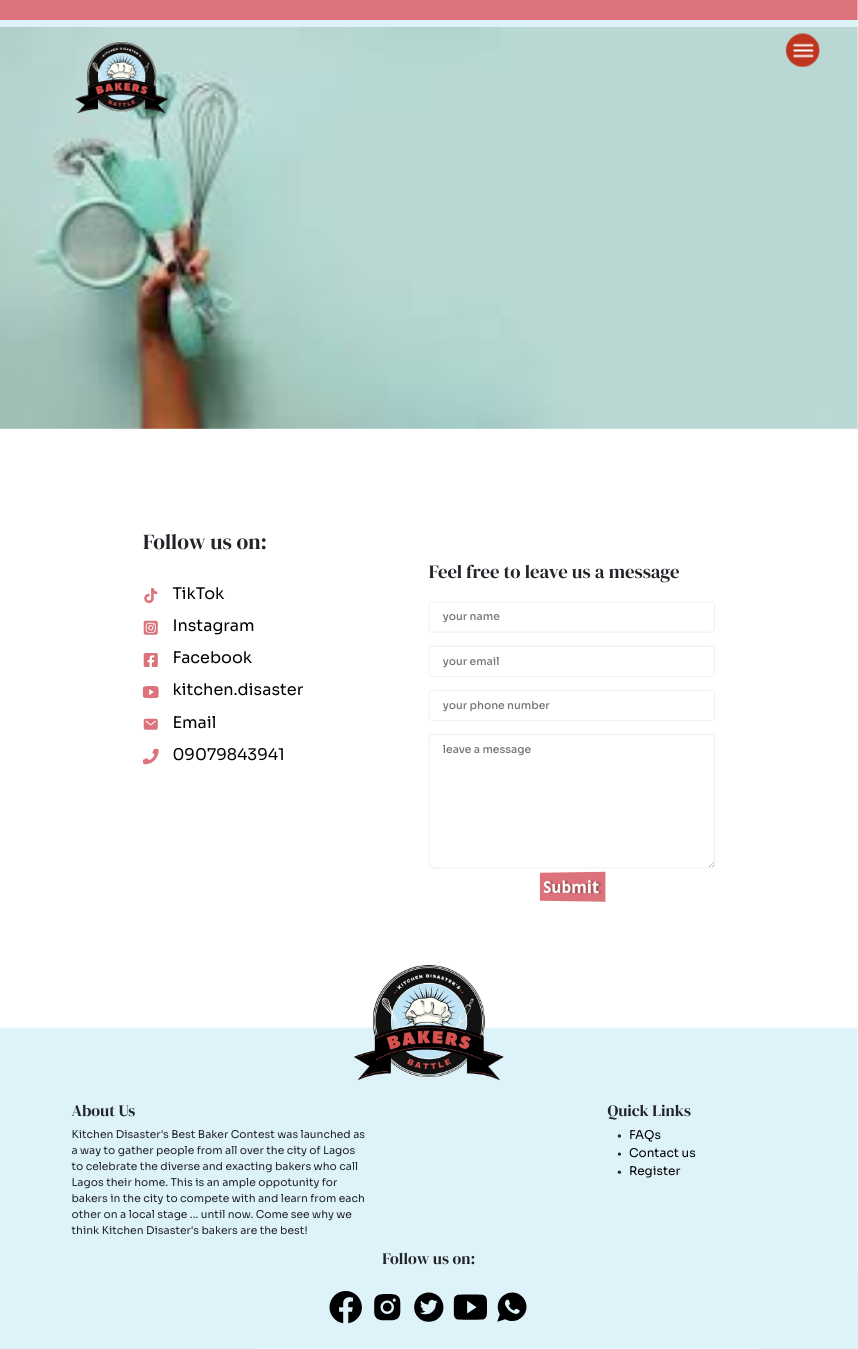
Repository: sarahnnanyelugo/bakers-battle
Page: /contact
These files come from the project's save history. The page is drawn as it stood at one moment and after the next save; the edit follows.
The browser window is 1280 px wide. The pictures show the whole page, at 67% of full size.
The project was rebuilt for these pictures with package versions that can differ from the ones it lists, and the page was loaded fresh each time. Also part of the build but not shown: src/components/ScreenSlide/slide.scss, src/components/ScreenSlide/ScreenSlide.js, src/pages/Home/home.scss, src/pages/Home/Home.js, src/components/Title.js, src/components/FAQAccord/faq-accord.scss, src/components/FAQAccord/FAQAccord.js, src/pages/FAQ/faq.scss and 9 more.

Above is the page before, as saved 2024-07-17 08:34:18.

After the next save:
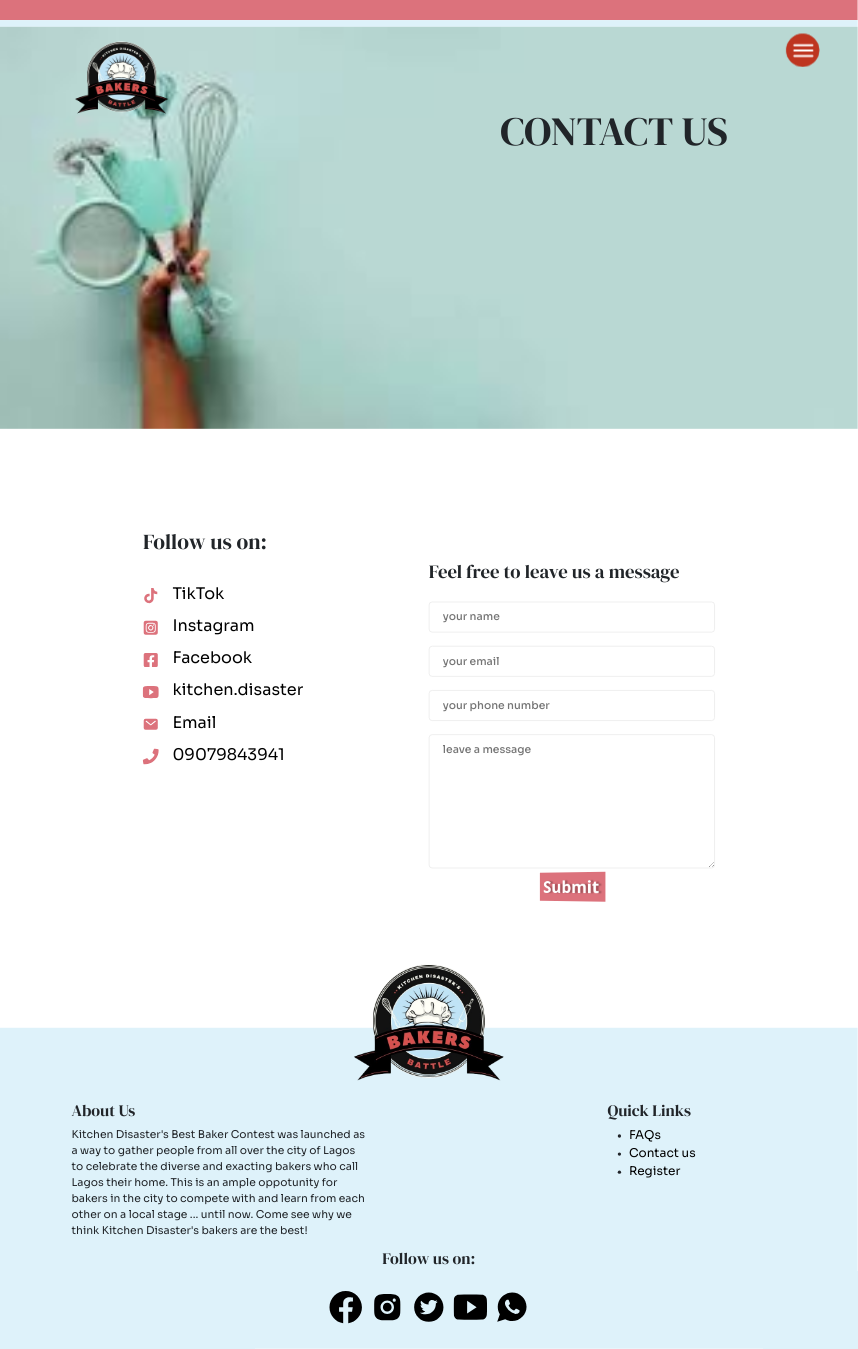
Saved 18 s later.
--- a/src/pages/ContactPage/Contact.js
+++ b/src/pages/ContactPage/Contact.js
@@ -12,9 +12,9 @@ export const Contact = () => {
   return (
     <>
       <div className="contact-div">
-        <div className="offset-md- heading">
+        <div className="offset-md-7 heading">
           {" "}
-          <h1></h1>
+          <h1>CONTACT US</h1>
         </div>
       </div>
 
